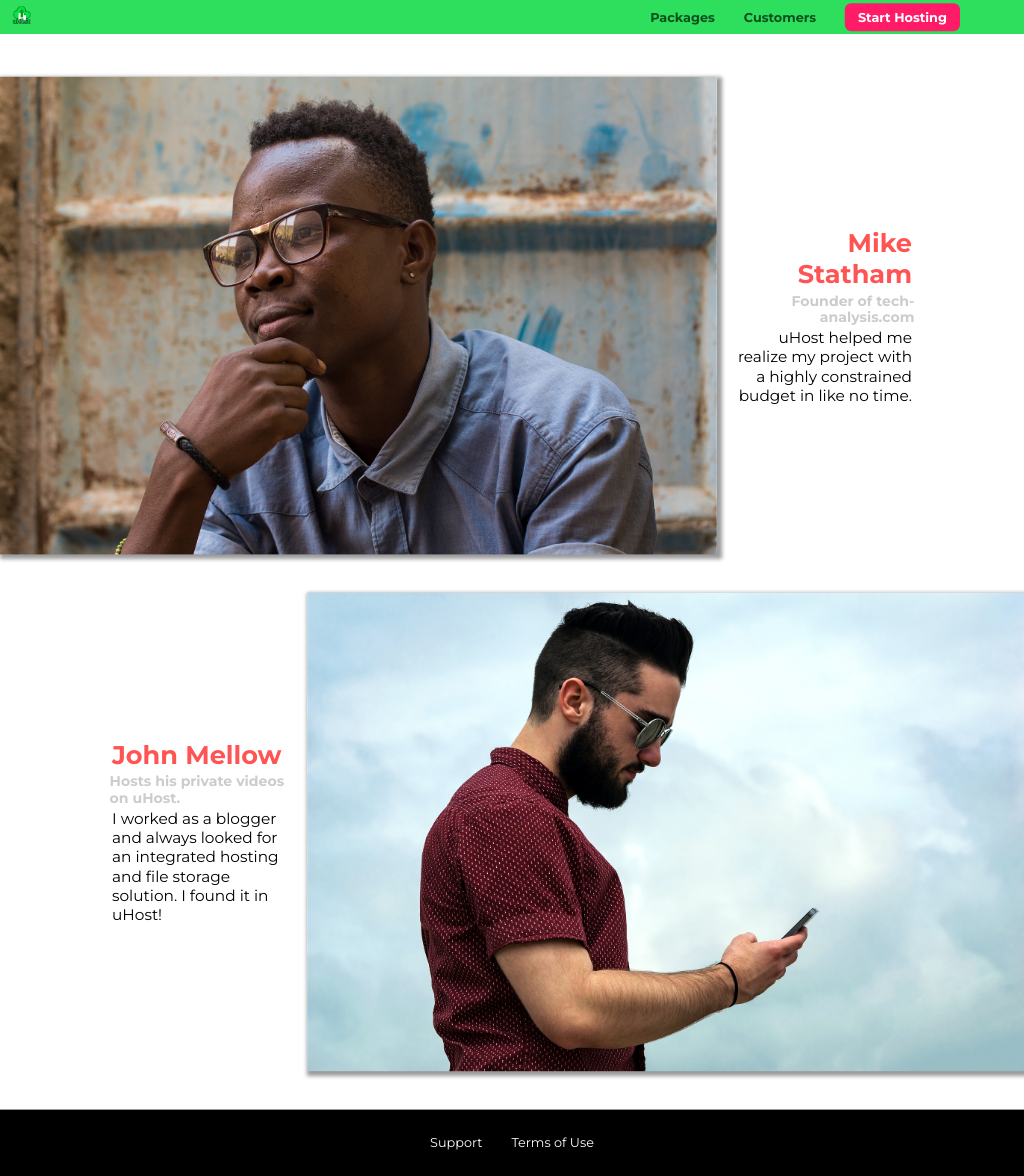
Repository: Nowacki97PL/UdemyCSS
Page: customers/index.html
An editor plug-in stored every save of this project. The page is shown before and after the next save, followed by the edit.
The browser window is 1280 px wide. The pictures show the whole page, at 80% of full size.

Above is the page before, as saved 2023-11-18 14:49:22.

After the next save:
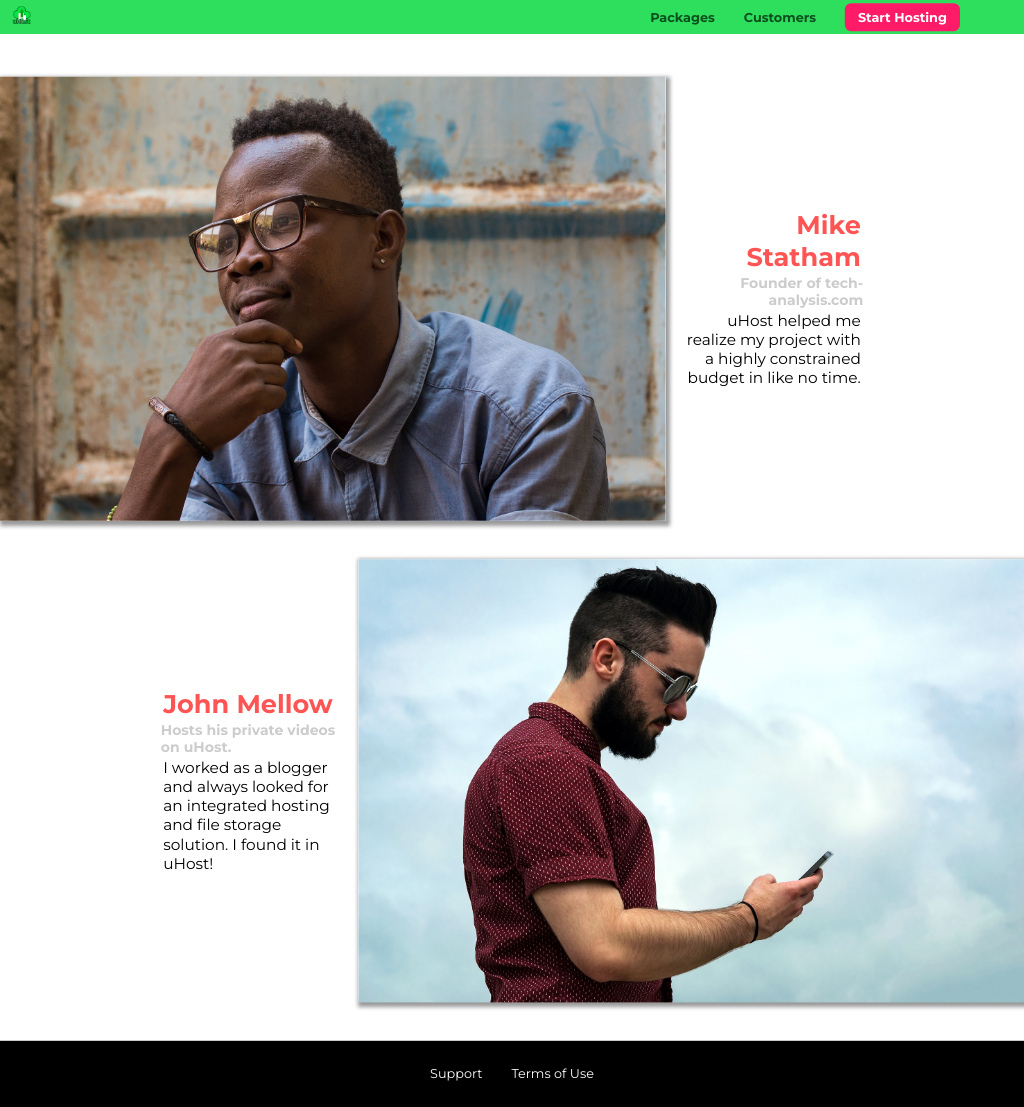
Saved 71 s later.
--- a/customers/customers.css
+++ b/customers/customers.css
@@ -13,7 +13,7 @@
   }
 
   .testimonial__image-container {
-    width: 70%;
+    width: 65%;
     display: inline-block;
     vertical-align: middle;
     box-shadow: 3px 3px 5px 3px rgba(0, 0,  0, 0.4);
